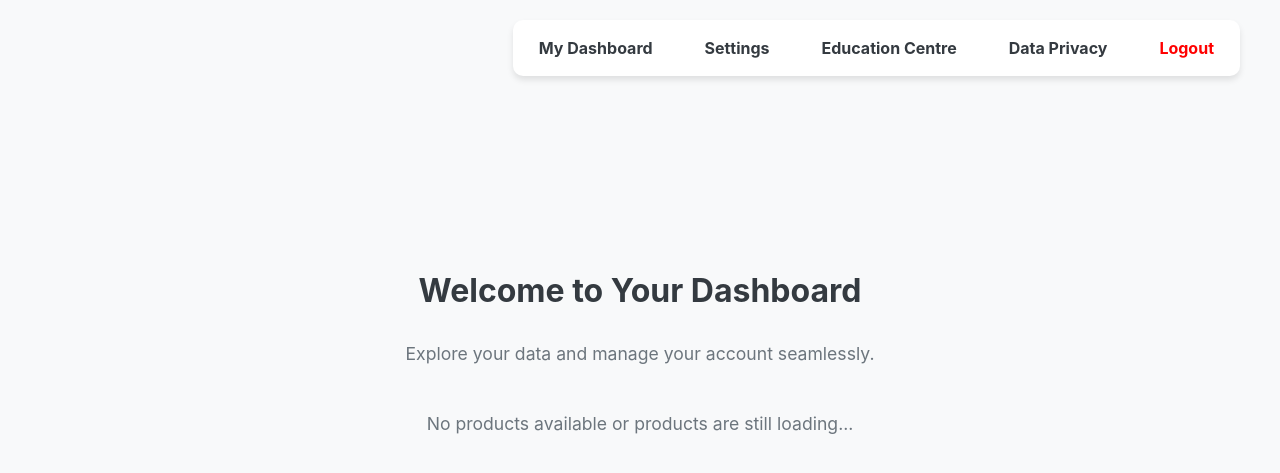
Repository: aab232/https---github.com-aab232-Deferred-Payment-Platform
Page: /main (app in frontend/)
The author's editor kept a copy of each file at every save. The page is drawn from the files as they stood at one save, then again after the next save.
The browser window is 1280 px wide. The pictures show the whole page.
The page's requests for data from a server got no answer. The project was rebuilt for these pictures with package versions that can differ from the ones it lists, and the page was loaded fresh each time. No one was signed in, and anything a server would have sent is missing. Also part of the build but not shown: frontend/src/components/Home.js, frontend/src/components/Form.css, frontend/src/components/Register.js, frontend/src/components/Login.js, frontend/src/components/BackButton.css, frontend/src/components/BackButton.js, frontend/src/components/Settings.js.

Above is the page before, as saved 2025-03-26 01:42:02.

### frontend/src/App.js
import React from 'react';
import { BrowserRouter as Router, Routes, Route } from 'react-router-dom';
import Home from './components/Home';
import Register from './components/Register';
import Login from './components/Login';
import Main from './components/Main';
import Settings from './components/Settings';

const App = () => {
  return (
    <Router>
      <Routes>
        <Route path="/" element={<Home />} />
        <Route path="/login" element={<Login />} />
        <Route path="/register" element={<Register />} />
        <Route path="/main" element={<Main />} />
        <Route path="/settings" element={<Settings />} />
      </Routes>
    </Router>
  );
};

export default App;

### frontend/src/components/Main.js
import React, { useState, useEffect } from 'react';
import { useNavigate } from 'react-router-dom';
import './Main.css';
import axios from 'axios';

const Main = () => {
  const [products, setProducts] = useState([]);
  const navigate = useNavigate();

  const handleLogout = () => {
    navigate('/login'); // Redirect to login page
  };

  useEffect(() => {
    const fetchProducts = async () => {
      try {
        const response = await axios.get('http://localhost:5000/api/products');
        console.log('Fetched products:', response.data); // Log the full response

        // Check if the response contains the products array
        if (Array.isArray(response.data.products)) {
          if (response.data.products.length > 0) {
            setProducts(response.data.products); // Set products to state if data exists
          } else {
            console.log('No products available');
          }
        } else {
          console.error('Invalid product data:', response.data);
        }
      } catch (error) {
        console.error('Error fetching products:', error);
      }
    };

    fetchProducts();
  }, []);

  return (
    <div className="main-container">
      <nav className="taskbar">
        <span className="tab" onClick={() => navigate('/dashboard')}>My Dashboard</span>
        <span className="tab" onClick={() => navigate('/settings')}>Settings</span>
        <span className="tab" onClick={() => navigate('/education')}>Education Centre</span>
        <span className="tab" onClick={() => navigate('/privacy')}>Data Privacy</span>
        <span className="tab logout" onClick={handleLogout}>Logout</span>
      </nav>

      <h1>Welcome to Your Dashboard</h1>
      <p>Explore your data and manage your account seamlessly.</p>

      <div className="products-container">
        {Array.isArray(products) && products.length > 0 ? (
          products.slice(0, 9).map((product, index) => (
            <div key={index} className="product-card">
              <img src={product.img} alt={product.name} />
              <h3>{product.name}</h3>
              <p>{product.price}</p>
              <button>Add to Cart</button>
            </div>
          ))
        ) : (
          <p>No products available or products are still loading...</p>  // Display a message if no products are available
        )}
      </div>
    </div>
  );
};

export default Main;

### frontend/src/components/Home.css
.container {
    display: flex;
    justify-content: center;
    align-items: center;
    height: 100vh; /* Full viewport height */
    background: linear-gradient(135deg, #252f3b, #252d3b); /* Elegant gradient */
  }

  .card {
    text-align: center;
    background: #fff;
    padding: 40px 60px;
    border-radius: 24px;
    box-shadow: 0 8px 32px rgba(0, 0, 0, 0.2);
    max-width: 350px;
    width: 100%;
  }

  h1 {
    margin-bottom: 16px;
    font-size: 28px;
    color: #252f3b;
  }

  p {
    margin-bottom: 32px;
    font-size: 16px;
    color: #555;
  }

  .button-group {
    display: flex;
    justify-content: space-between;
  }

  .btn {
    padding: 12px 24px;
    font-size: 16px;
    border: none;
    border-radius: 30px; /* Rounded buttons */
    cursor: pointer;
    transition: background 0.3s ease;
    color: white;
    background: #252f3b;
  }

  .btn:hover {
    background: #252f3b; /* Button hover effect */
  }

### frontend/src/components/Main.css
.main-container {
  display: flex;
  flex-direction: column;
  align-items: center;
  justify-content: center;
  height: 100vh;
  background: #f8f9fa;
  padding: 20px;
  box-sizing: border-box;
}

.taskbar {
  position: absolute;
  top: 20px;
  right: 40px;
  display: flex;
  gap: 20px;
  background: #ffffff;
  border-radius: 10px;
  padding: 10px;
  box-shadow: 0px 4px 6px rgba(0, 0, 0, 0.1);
}

.tab {
  cursor: pointer;
  padding: 8px 16px;
  border-radius: 8px;
  transition: background 0.3s ease, color 0.3s ease;
  font-weight: bold;
  color: #343a40;
}

.tab:hover {
  background: #F7D6E0;
  color: white;
}

.logout {
  color: red;
  font-weight: bold;
}

h1 {
  font-size: 2rem;
  color: #343a40;
  margin-bottom: 20px;
}

p {
  color: #6c757d;
  font-size: 1.1rem;
  line-height: 1.6;
  text-align: center;
  margin-top: 10px;
}

### frontend/src/components/Settings.css
.settings-container {
  display: flex;
  flex-direction: column;
  align-items: center;
  padding: 40px 20px;
  background: #f8f9fa;
  min-height: 100vh;
}

h1 {
  color: #343a40;
  margin-bottom: 20px;
}

.menu {
  display: flex;
  gap: 20px;
  margin-bottom: 40px;
}

.menu button {
  padding: 10px 20px;
  border: none;
  border-radius: 8px;
  cursor: pointer;
  transition: background 0.3s ease;
  font-weight: bold;
  background: #007bff;
  color: white;
}

.menu .danger {
  background: #dc3545;
}

.menu button:hover {
  opacity: 0.8;
}

/* Dropdown styling */
.dropdown {
  display: flex;
  flex-direction: column;
  gap: 10px;
  margin-top: 20px;
}

.dropdown button {
  padding: 8px 16px;
  border: none;
  border-radius: 8px;
  background: #6c757d;
  color: white;
  cursor: pointer;
  transition: background 0.3s ease;
}

.dropdown button:hover {
  background: #495057;
}

/* Section Styling */
.section {
  width: 100%;
  max-width: 600px;
  background: white;
  padding: 30px;
  border-radius: 16px;
  box-shadow: 0 8px 24px rgba(0, 0, 0, 0.1);
  margin-top: 20px;
}

h2 {
  color: #495057;
  margin-bottom: 20px;
}

input {
  width: 100%;
  padding: 12px;
  margin-bottom: 15px;
  border: 1px solid #ced4da;
  border-radius: 8px;
  font-size: 14px;
}

button {
  padding: 12px 20px;
  border: none;
  border-radius: 8px;
  cursor: pointer;
  background: #28a745;
  color: white;
  font-weight: bold;
}

button:hover {
  opacity: 0.9;
}

.info {
  margin-top: 20px;
  color: #6c757d;
}

Loaded but not shown: frontend/public/index.html (common file); frontend/src/index.js (common file); frontend/src/index.css (common file)

After the next save:
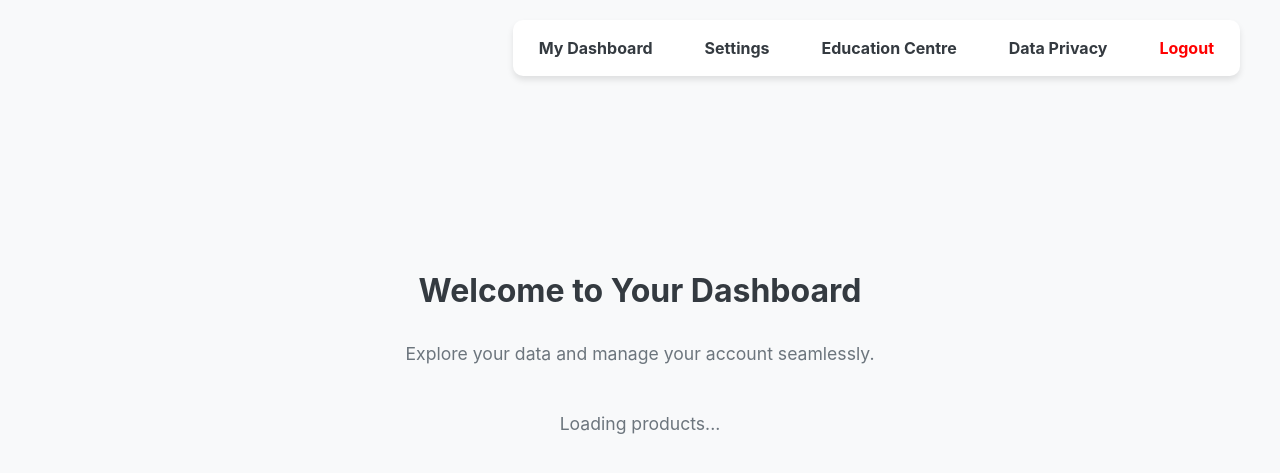
Saved 110 s later.
--- a/frontend/src/components/Main.js
+++ b/frontend/src/components/Main.js
@@ -15,18 +15,7 @@ const Main = () => {
     const fetchProducts = async () => {
       try {
         const response = await axios.get('http://localhost:5000/api/products');
-        console.log('Fetched products:', response.data); // Log the full response
-
-        // Check if the response contains the products array
-        if (Array.isArray(response.data.products)) {
-          if (response.data.products.length > 0) {
-            setProducts(response.data.products); // Set products to state if data exists
-          } else {
-            console.log('No products available');
-          }
-        } else {
-          console.error('Invalid product data:', response.data);
-        }
+        setProducts(response.data);
       } catch (error) {
         console.error('Error fetching products:', error);
       }
@@ -49,7 +38,9 @@ const Main = () => {
       <p>Explore your data and manage your account seamlessly.</p>
 
       <div className="products-container">
-        {Array.isArray(products) && products.length > 0 ? (
+        {products.length === 0 ? (
+          <p>Loading products...</p> // Show loading message if no products are available
+        ) : (
           products.slice(0, 9).map((product, index) => (
             <div key={index} className="product-card">
               <img src={product.img} alt={product.name} />
@@ -58,8 +49,6 @@ const Main = () => {
               <button>Add to Cart</button>
             </div>
           ))
-        ) : (
-          <p>No products available or products are still loading...</p>  // Display a message if no products are available
         )}
       </div>
     </div>
